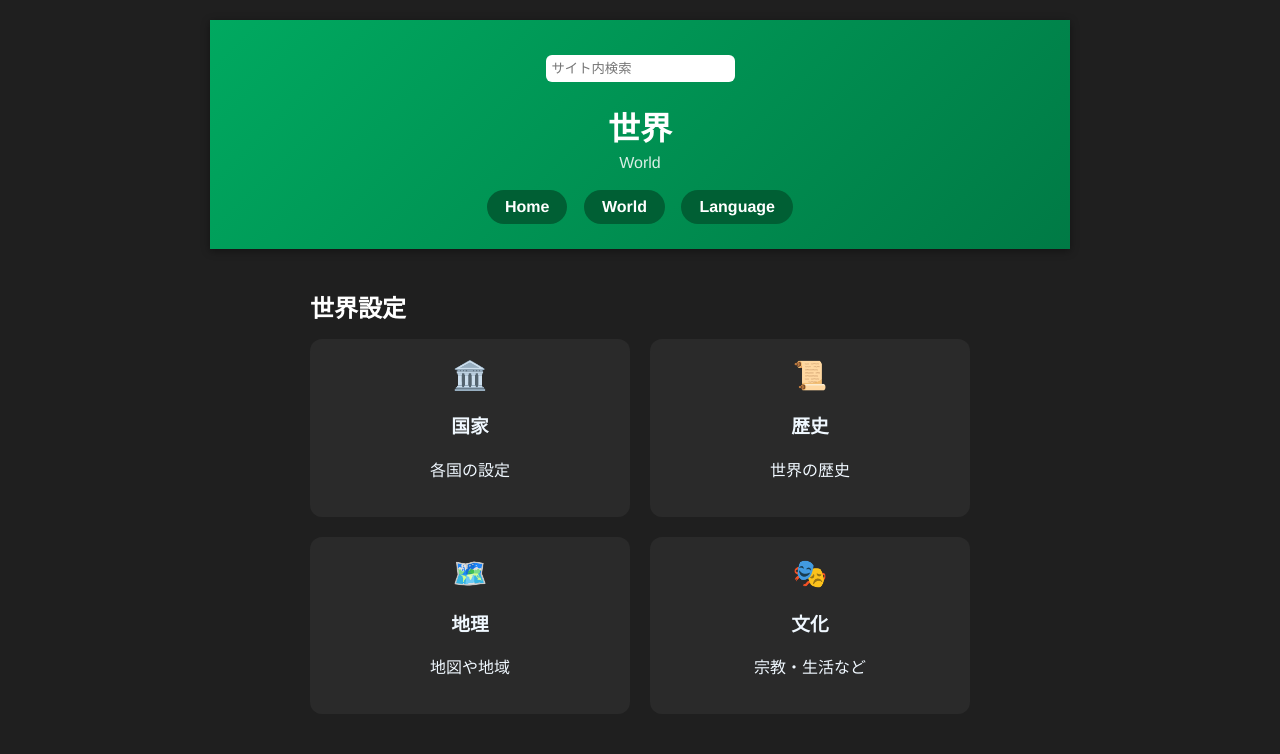
Repository: Player5270-antake/Player5270-antake.github.io
Page: world/index.html
These files come from the project's save history. The page is drawn as it stood at one moment and after the next save; the edit follows.
The browser window is 1280 px wide. The pictures show the whole page.

Above is the page before, as saved 2026-03-09 08:42:49.

After the next save:
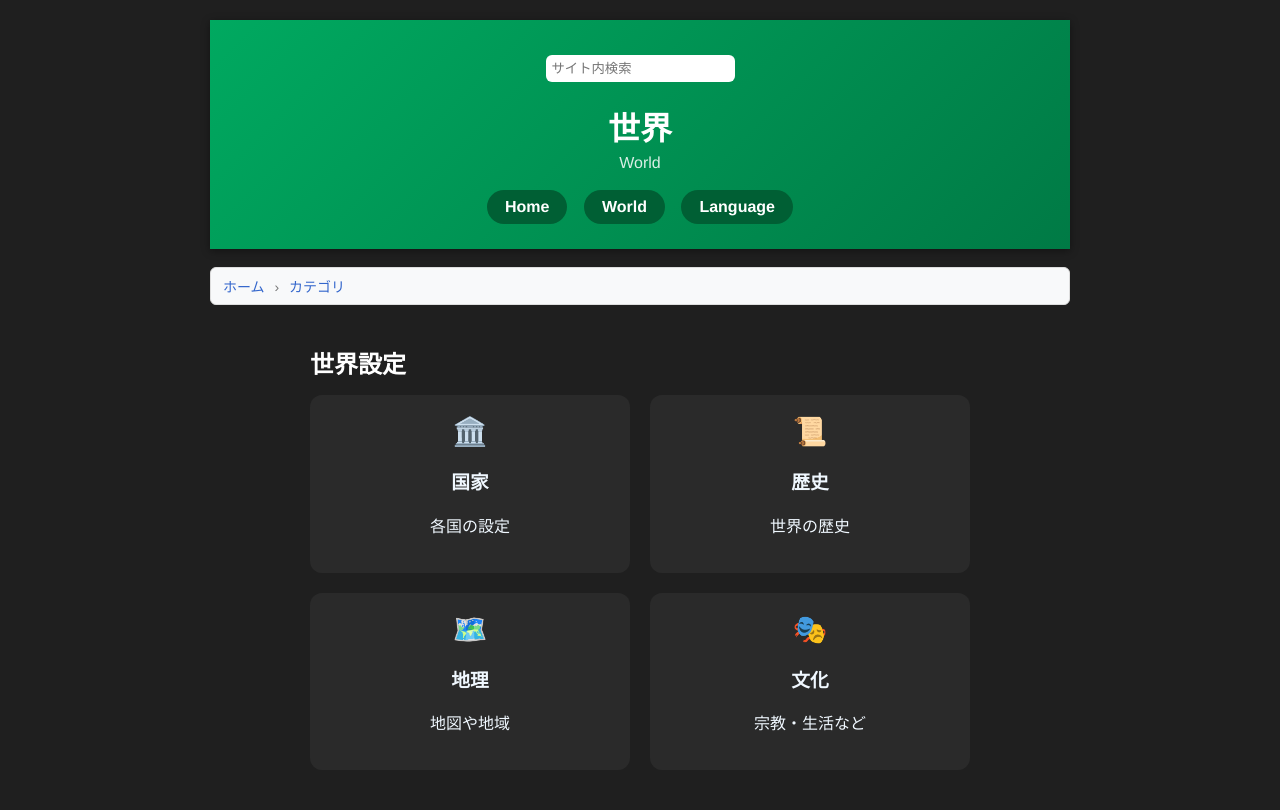
Saved 4 min 37 s later.
--- a/world/index.html
+++ b/world/index.html
@@ -24,6 +24,11 @@
                 <a href="../language/">Language</a>
             </nav>
         </header>
+        <nav class="breadcrumb">
+            <a href="../">ホーム</a>
+            <span class="sep">›</span>
+            <a href="/category">カテゴリ</a>
+        </nav>
         <main>
             <h2>世界設定</h2>
             <div class="cards">
